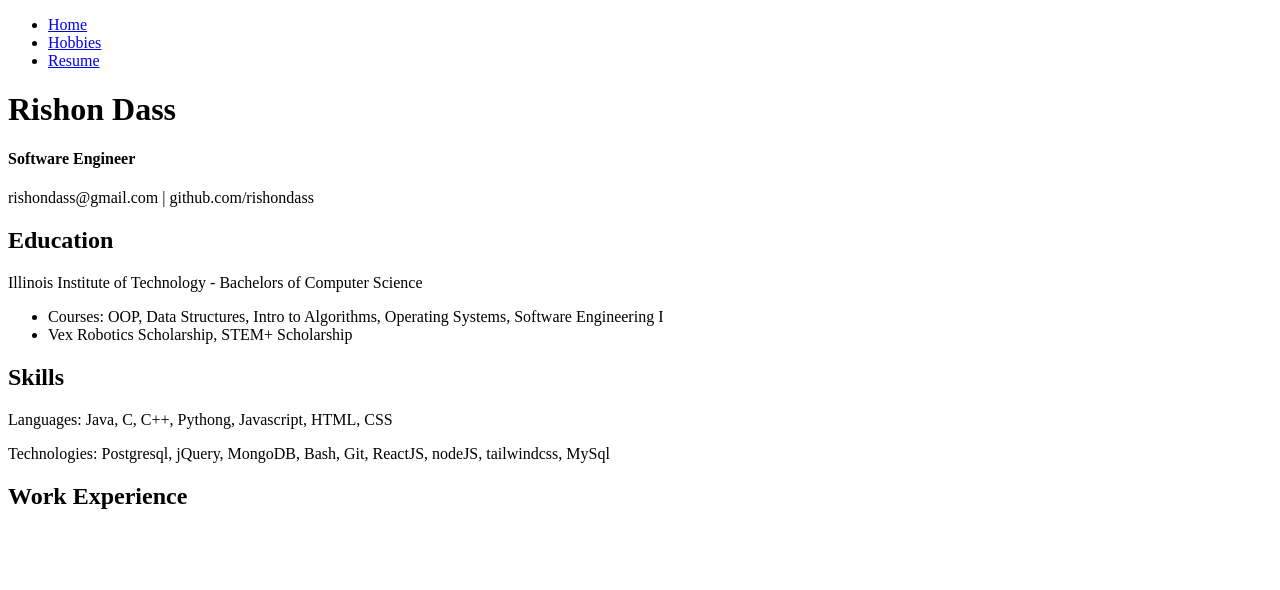
Repository: rishondass/ITMD361-Project1
Page: resume.html
The author's editor kept a copy of each file at every save. The page is drawn from the files as they stood at one save, then again after the next save.
The browser window is 1280 px wide. The pictures show the whole page.

Above is the page before, as saved 2023-02-22 15:22:28.

After the next save:
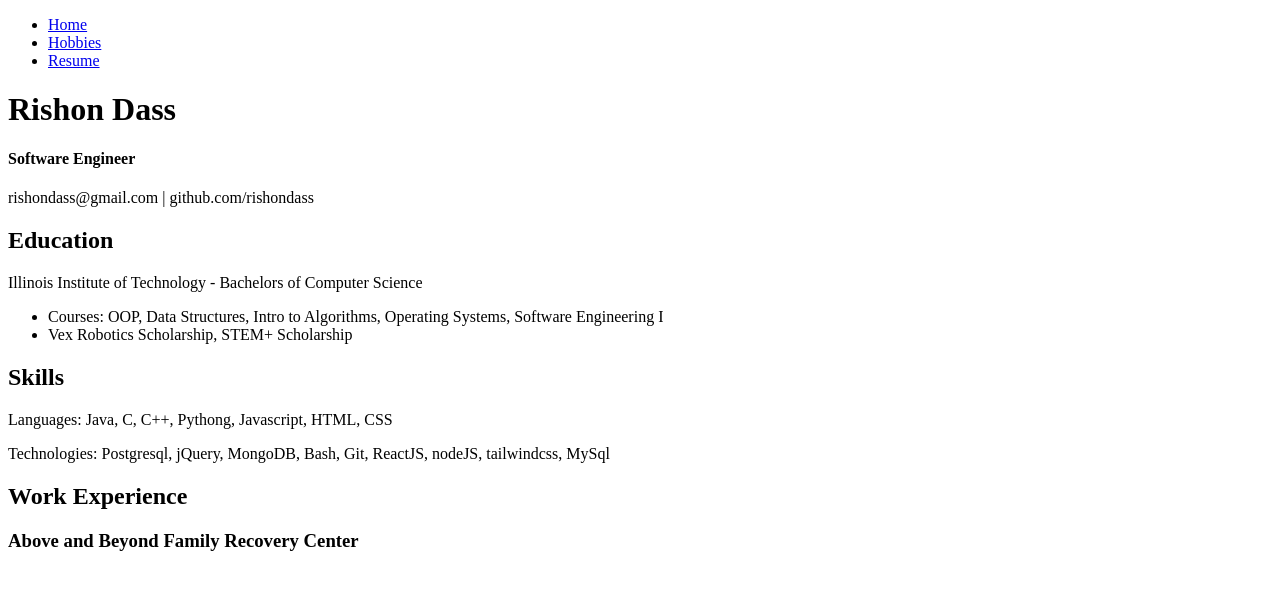
Saved 10 s later.
--- a/resume.html
+++ b/resume.html
@@ -61,9 +61,9 @@
         <h2>
             Work Experience
         </h2>
-        <p>
-
-        </p>
+        <h3>
+            Above and Beyond Family Recovery Center
+        </h3>
     </div>
 </body>
 </html>
